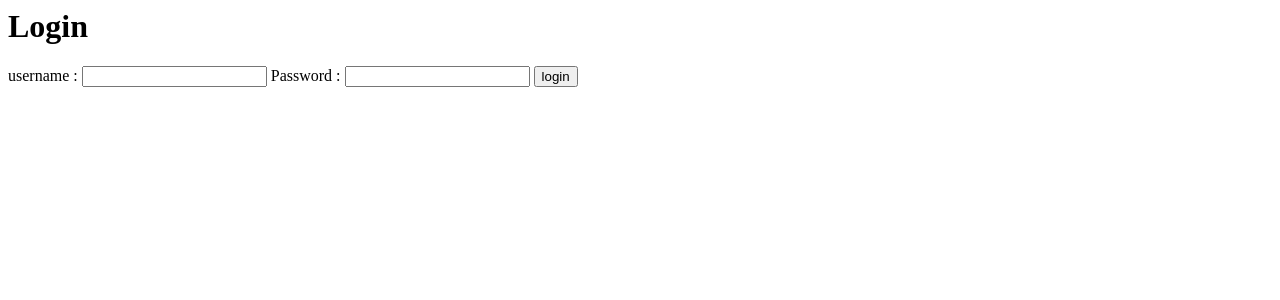
Repository: achilep/catalog_projet
Page: http://localhost/catalog_projet/
These files come from the project's save history. The page is drawn as it stood at one moment and after the next save; the edit follows.
The browser window is 1280 px wide. The pictures show the whole page.
The page is served by Tomcat 9. Other server files are loaded and not shown.

Above is the page before, as saved 2019-08-23 20:31:34.

### catalog_projet/src/main/webapp/WEB-INF/views/Login.jsp
<%@ taglib uri="http://java.sun.com/jsp/jstl/core" prefix="c" %>

<html>
 <head>
  <title>Yahoo!!</title>
  </head>
    <body>
   <H1>Login </H2>

   <form action="/Login.ca" method="POST">
		 username : <input name="username" type="text"/>
		 Password : <input name="password" type="password" />
		 ${echec}

		  <input type="submit" value="login">
	</form>

   </div>
 </body>
</html>

### catalog_projet/src/main/java/webapp/Login.java
package webapp;

import java.io.IOException;
import controller.usercontroller;

import javax.servlet.ServletException;
import javax.servlet.annotation.WebServlet;
import javax.servlet.http.HttpServlet;
import javax.servlet.http.HttpServletRequest;
import javax.servlet.http.HttpServletResponse;

@WebServlet(urlPatterns = "/Login.ca")
public class Login extends HttpServlet {
	@Override
	protected void doGet(HttpServletRequest request, HttpServletResponse response) throws IOException,ServletException {
		request.getRequestDispatcher("/WEB-INF/views/Login.jsp").forward(request, response);


	}
	@Override
	protected void doPost(HttpServletRequest request, HttpServletResponse response)
			throws IOException, ServletException {
		String username = request.getParameter("username");
		String password = request.getParameter("password");
		usercontroller user=new usercontroller();
		 if(user.userauthentification(username, password)=="invalid user") {
			 request.setAttribute("echec", "invalide user please try again");
			 request.getRequestDispatcher("/WEB-INF/views/Login.jsp").forward(request, response);
		 }
		 else {

			 request.getRequestDispatcher("/WEB-INF/views/Login.jsp").forward(request, response);
		 }

	}

}

After the next save:
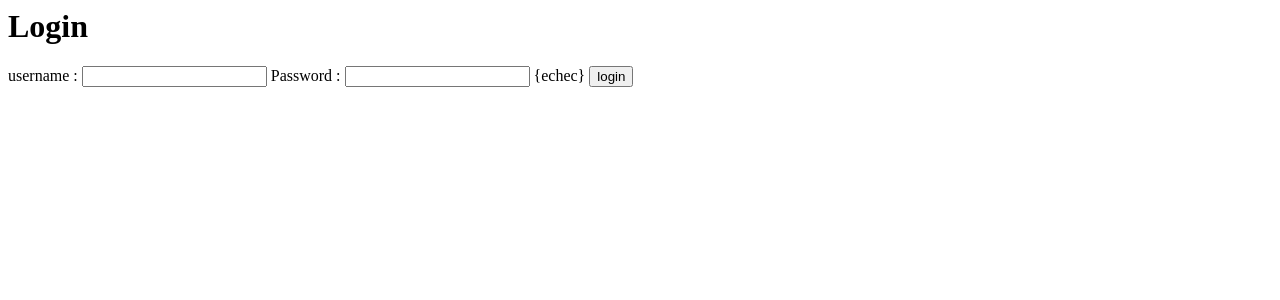
Saved 2 min 0 s later.
--- a/catalog_projet/src/main/webapp/WEB-INF/views/Login.jsp
+++ b/catalog_projet/src/main/webapp/WEB-INF/views/Login.jsp
@@ -10,7 +10,7 @@
    <form action="/Login.ca" method="POST">
 		 username : <input name="username" type="text"/>
 		 Password : <input name="password" type="password" />
-		 ${echec}
+		 {echec}
 
 		  <input type="submit" value="login">
 	</form>

After the save that followed:
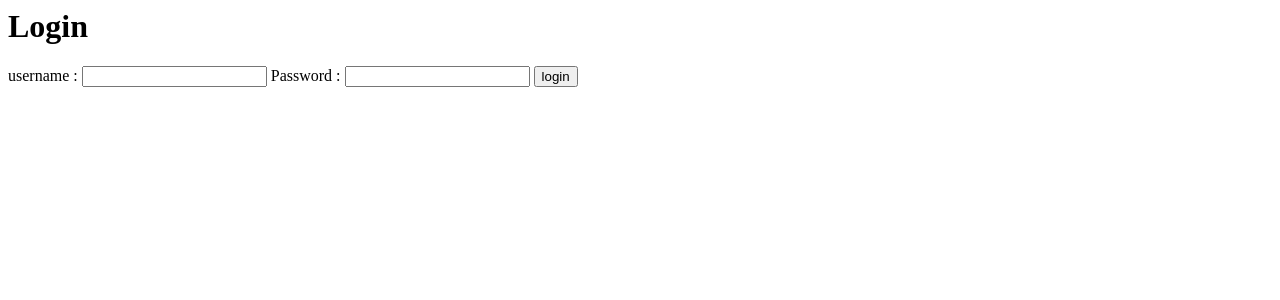
Saved 21 s later.
--- a/catalog_projet/src/main/webapp/WEB-INF/views/Login.jsp
+++ b/catalog_projet/src/main/webapp/WEB-INF/views/Login.jsp
@@ -10,7 +10,7 @@
    <form action="/Login.ca" method="POST">
 		 username : <input name="username" type="text"/>
 		 Password : <input name="password" type="password" />
-		 {echec}
+		 ${echec}
 
 		  <input type="submit" value="login">
 	</form>
